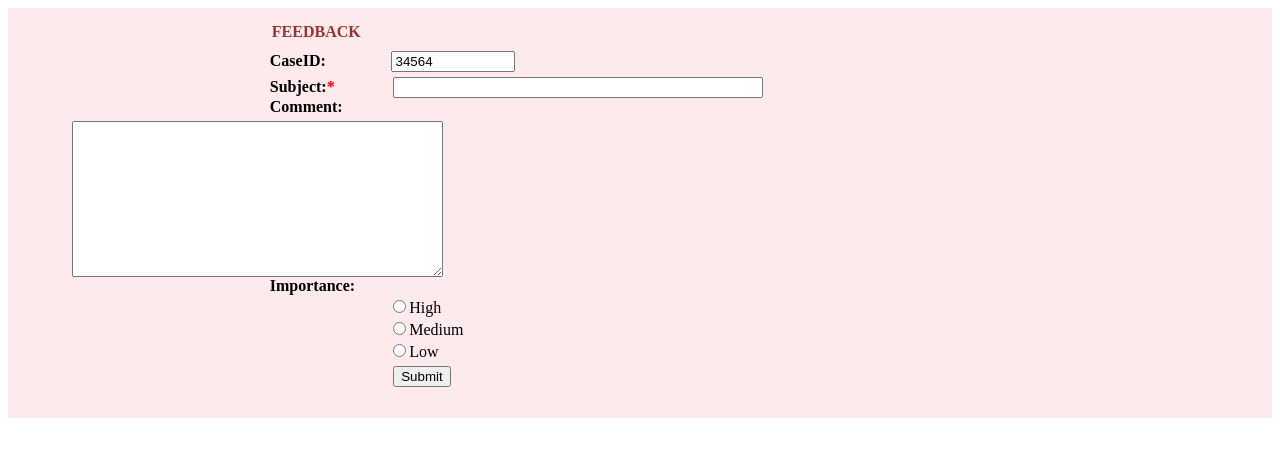
Repository: vRia4/INST728J-Victoria-Nathaniel
Page: Assignments/feedback.html
The author's editor kept a copy of each file at every save. The page is drawn from the files as they stood at one save, then again after a run of saves.
The browser window is 1280 px wide. The pictures show the whole page.

Above is the page before, as saved 2023-07-25 11:53:51.

After the next 2 saves:
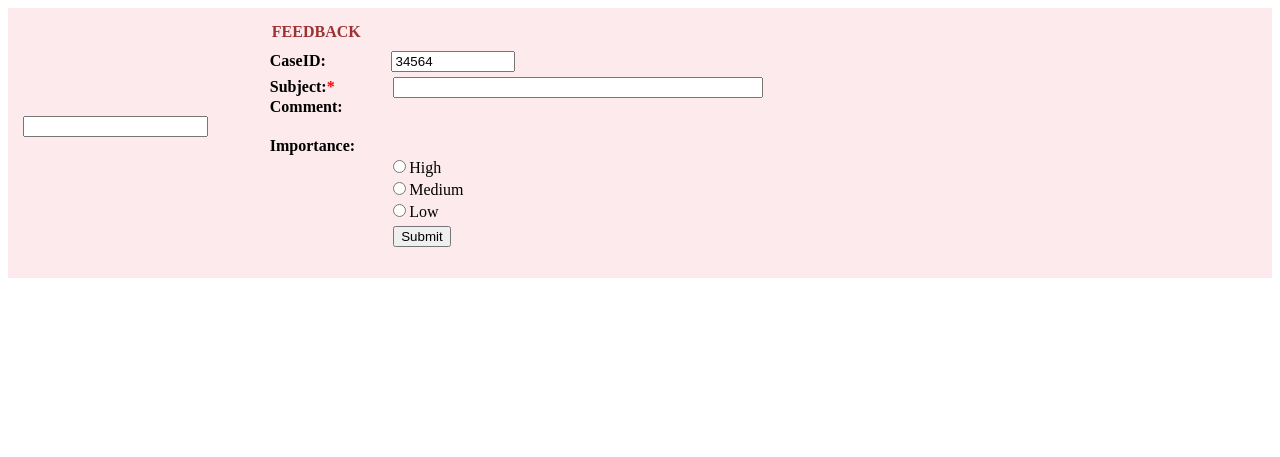
The 2 saves are shown as one change because they came seconds apart.
The last was saved 50 s later.
--- a/Assignments/feedback.html
+++ b/Assignments/feedback.html
@@ -62,8 +62,8 @@
 
             <!-- <div> -->
                 <label for="comment">Comment:</label> <br>
-                <!-- <input textarea="comment" placeholder=" "> </br>  -->
-                <textarea id="comment" name="comment" rows="10" cols="30"></textarea> </br>
+                <input textarea="comment" placeholder=" "> </br>
+                <!-- <textarea id="comment" name="comment" rows="10" cols="30"></textarea> </br> -->
             <!-- </div> -->
 
             <label for="importance"> Importance:</label><br>
